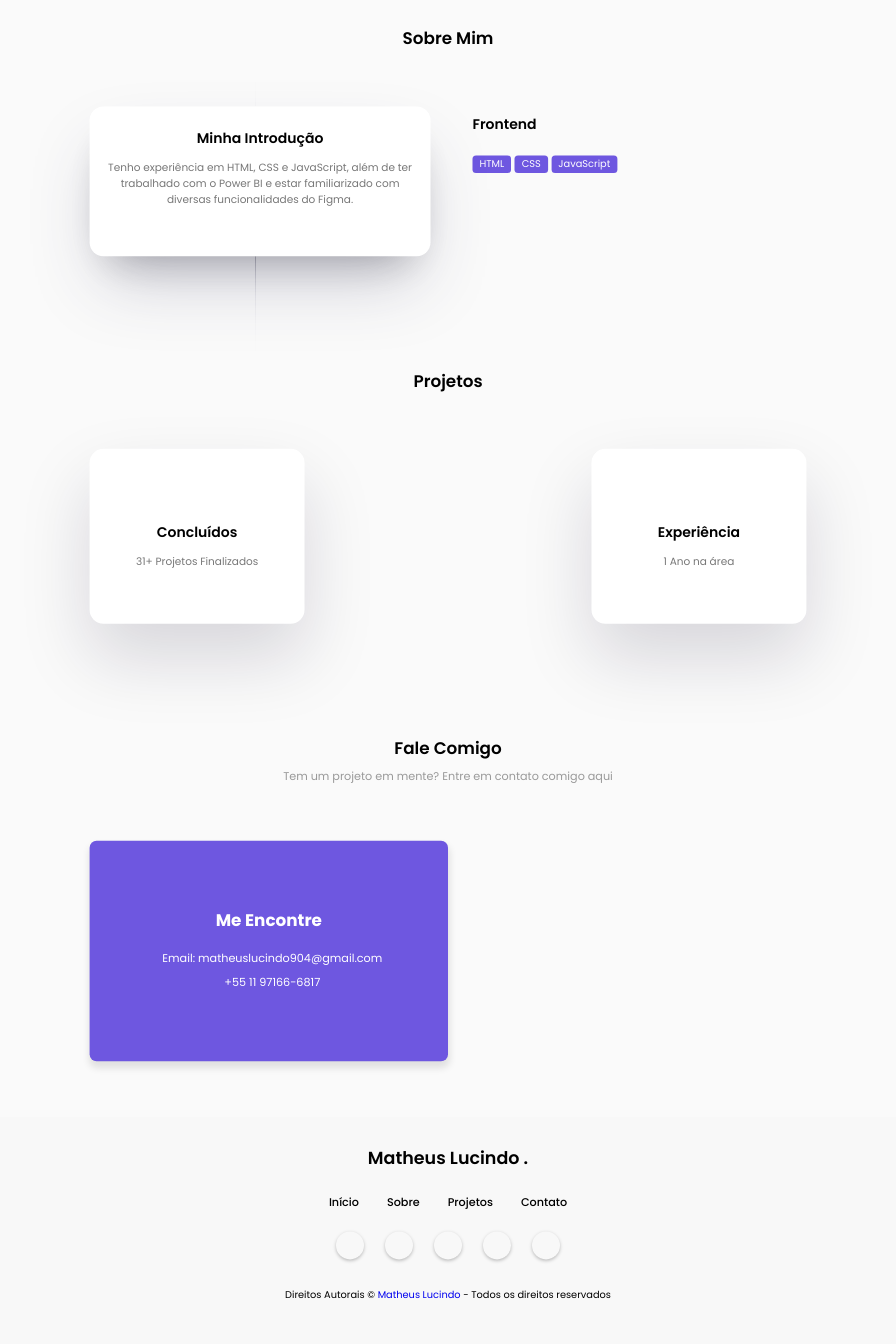
Repository: Matheus904-12/PrePortf
Page: index.html
The author's editor kept a copy of each file at every save. The page is drawn from the files as they stood at one save, then again after the next save.
The browser window is 1280 px wide. The pictures show the part of the page from y = 763 to 2683 px (the page is 2683 px tall), at 70% of full size.
Some icons come from a web library that is not loaded, so they are not drawn.

Above is the page before, as saved 2023-09-29 11:43:37.

After the next save:
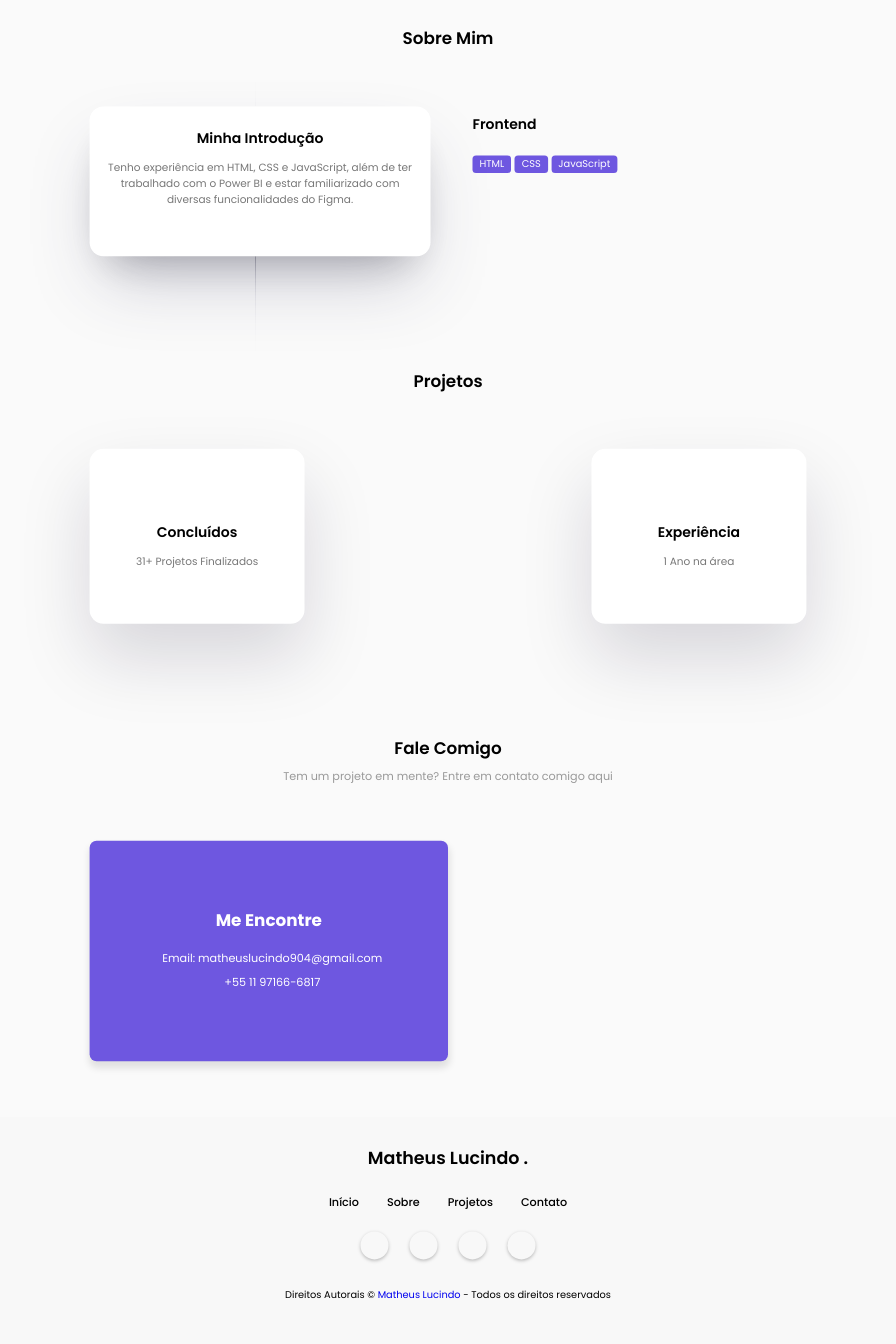
Saved 55 s later.
--- a/index.html
+++ b/index.html
@@ -178,7 +178,7 @@
                 <div class="icon"><i class="uil uil-linkedin-alt"></i></div>
                 <div class="icon"><i class="uil uil-twitter"></i></div>
                 <div class="icon"><i class="uil uil-github-alt"></i></div>
-                <div class="icon"><i class="uil uil-figma"></i></div> <!-- Adicionado ícone do Figma -->
+                <!-- Adicionado ícone do Figma -->
             </div>
             <div class="bottom-footer">
                 <p>Direitos Autorais &copy; <a href="#home" style="text-decoration: none;">Matheus Lucindo</a> - Todos os direitos
